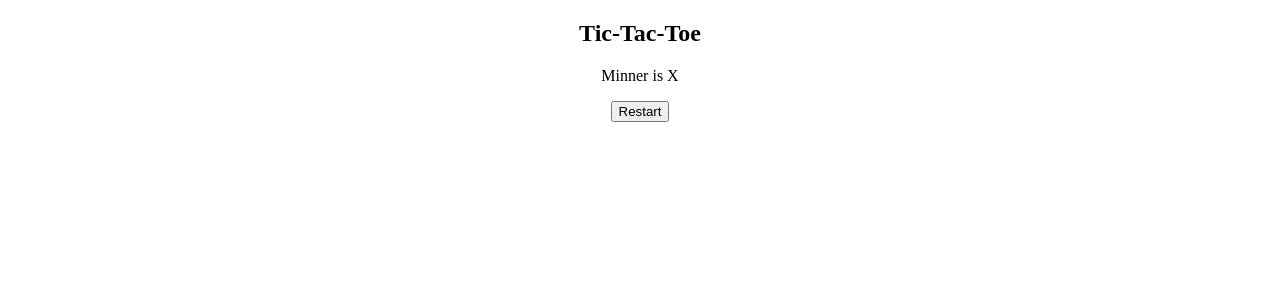
Repository: sedashahnazaryan/tic-tac-too
Page: index.html
The author's editor kept a copy of each file at every save. The page is drawn from the files as they stood at one save, then again after a run of saves.
The browser window is 1280 px wide. The pictures show the whole page.

Above is the page before, as saved 2022-01-31 17:16:51.

After the next 2 saves:
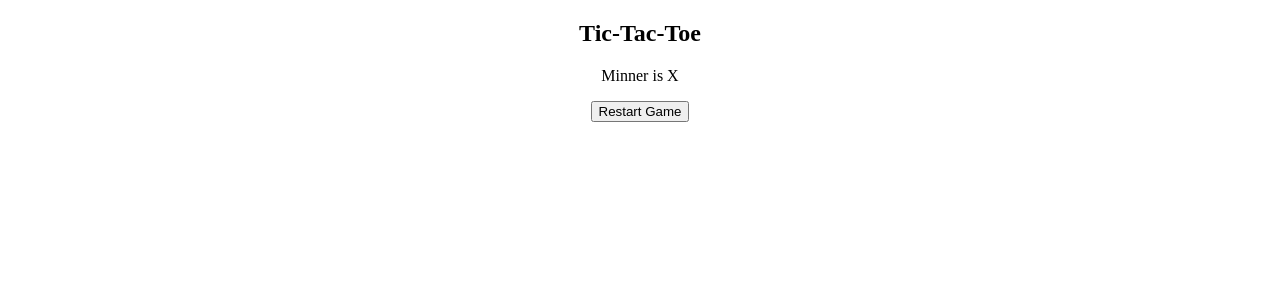
The 2 saves are shown as one change because they came seconds apart.
The last was saved 5 s later.
--- a/index.html
+++ b/index.html
@@ -21,7 +21,7 @@
         <div class="ceil-index-5"></div>
     </div>
     <p class="message">Minner is X</p>
-    <button>Restart </button>
+    <button>Restart Game</button>
 </section>
     <script src="index.js"></script>
 </body>
